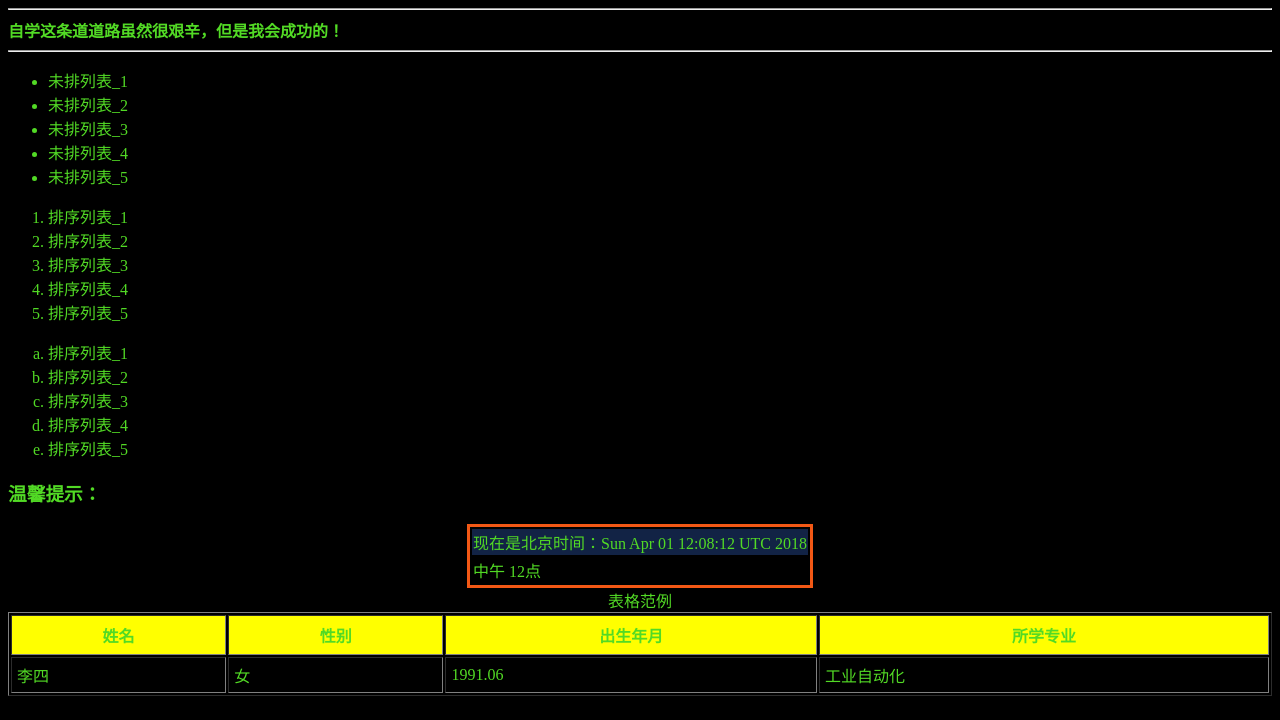
Repository: Coder-YJ/Java
Page: http://localhost/JspTest/test.jsp
An editor plug-in stored every save of this project. The page is shown before and after the next save, followed by the edit.
The browser window is 1280 px wide. The pictures show the whole page.
The page is served by Tomcat 9. Other server files are loaded and not shown.

Above is the page before, as saved 2018-04-01 12:18:13.

### MyEclipse10/JspTest/WebRoot/test.jsp
<%@ page language="java" import="java.util.*" pageEncoding="UTF-8"%>
<%
	String path = request.getContextPath();
	String basePath = request.getScheme() + "://"
			+ request.getServerName() + ":" + request.getServerPort()
			+ path + "/";
%>
<html>
<head>
<title>我的第一个JSP例子</title>
</head>
<body text="#52DA25" bgcolor="000000">
	<hr>
	<b> 自学这条道道路虽然很艰辛，但是我会成功的！ </b>
	<hr>
	<ul type="disc">
		<li>未排列表_1</li>
		<li>未排列表_2</li>
		<li>未排列表_3</li>
		<li>未排列表_4</li>
		<li>未排列表_5</li>
	</ul>
	<ol>
		<li>排序列表_1</li>
		<li>排序列表_2</li>
		<li>排序列表_3</li>
		<li>排序列表_4</li>
		<li>排序列表_5</li>
	</ol>
	<ol type="a">
		<li>排序列表_1</li>
		<li>排序列表_2</li>
		<li>排序列表_3</li>
		<li>排序列表_4</li>
		<li>排序列表_5</li>
	</ol>
	<table align="center" bordercolor="#F25815">
		<h3>温馨提示：</h3>

		<tr bgcolor="122345">
			<td>
				<%
					//获得当前的时间
					Date today = new Date();
					out.print("现在是北京时间：" + today);
				%>
			</td>
		</tr>
		<tr>
			<td>
				<%
					//获得当前时间中的小时
					int hour = today.getHours();
					if (0 <= hour && hour <= 5) {
						out.print("现在是北京时间凌晨 " + hour + "点");
					} else if (5 < hour && hour <= 10) {
						out.print("早上 " + hour + "点");
					} else if (10 < hour && hour < 13) {
						out.print("中午 " + hour + "点");
					} else if (13 <= hour && hour < 18) {
						out.print("下午 " + hour + "点");
					} else if (18 <= hour && hour < 21) {
						out.print("晚上 " + hour + "点");
					} else if (21 <= hour && hour < 24) {
						out.print("深夜 " + hour + "点");
					}
				%>
			</td>
		</tr>
	</table>

	<table width="100%" border="1" cellspaceing="3" cellpadding="5">
		<caption align="center">表格范例</caption>
		<tr height="40" bgcolor="FFFF00">
			<th>姓名</th>
			<th>性别</th>
			<th>出生年月</th>
			<th>所学专业</th>
		</tr>
		<tr>
			<td>李四</td>
			<td>女</td>
			<td>1991.06</td>
			<td>工业自动化</td>
		</tr>
	</table>
</body>
</html>

After the next save:
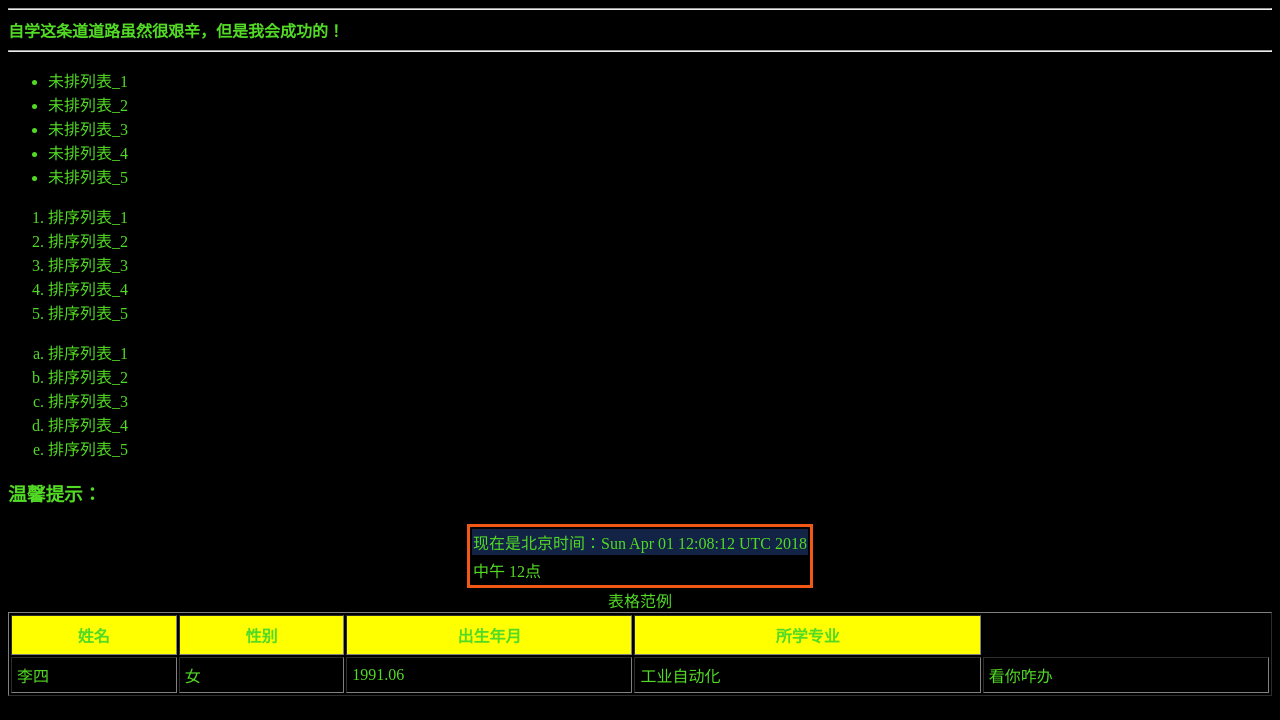
Saved 68 s later.
--- a/MyEclipse10/JspTest/WebRoot/test.jsp
+++ b/MyEclipse10/JspTest/WebRoot/test.jsp
@@ -82,6 +82,7 @@
 			<td>女</td>
 			<td>1991.06</td>
 			<td>工业自动化</td>
+			<td>看你咋办</td>
 		</tr>
 	</table>
 </body>
